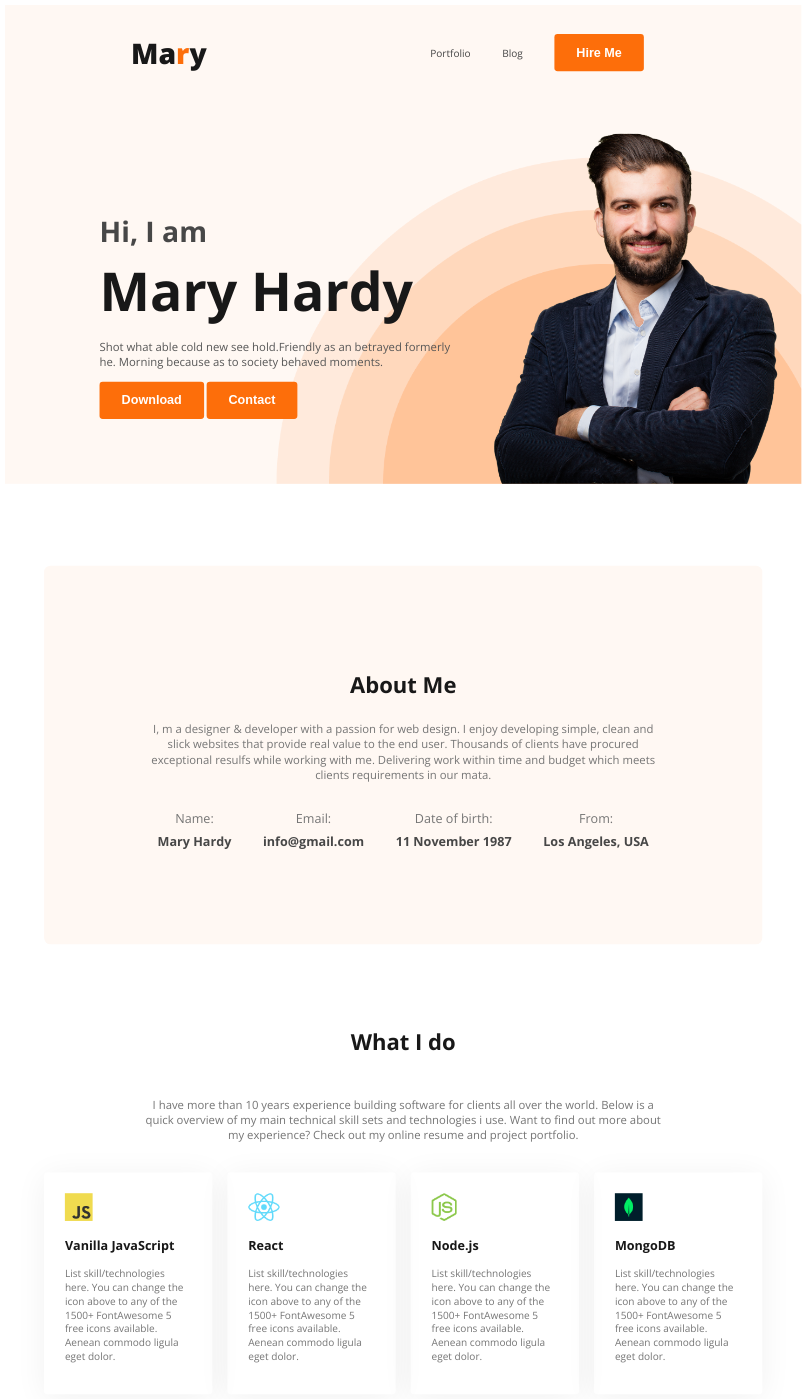
Repository: ShouravAhammed/Simple-Portfolio-Webpage
Page: index.html
An editor plug-in stored every save of this project. The page is shown before and after the next save, followed by the edit.
The browser window is 1280 px wide. The pictures show the whole page, at 63% of full size.

Above is the page before, as saved 2024-01-06 02:19:47.

After the next save:
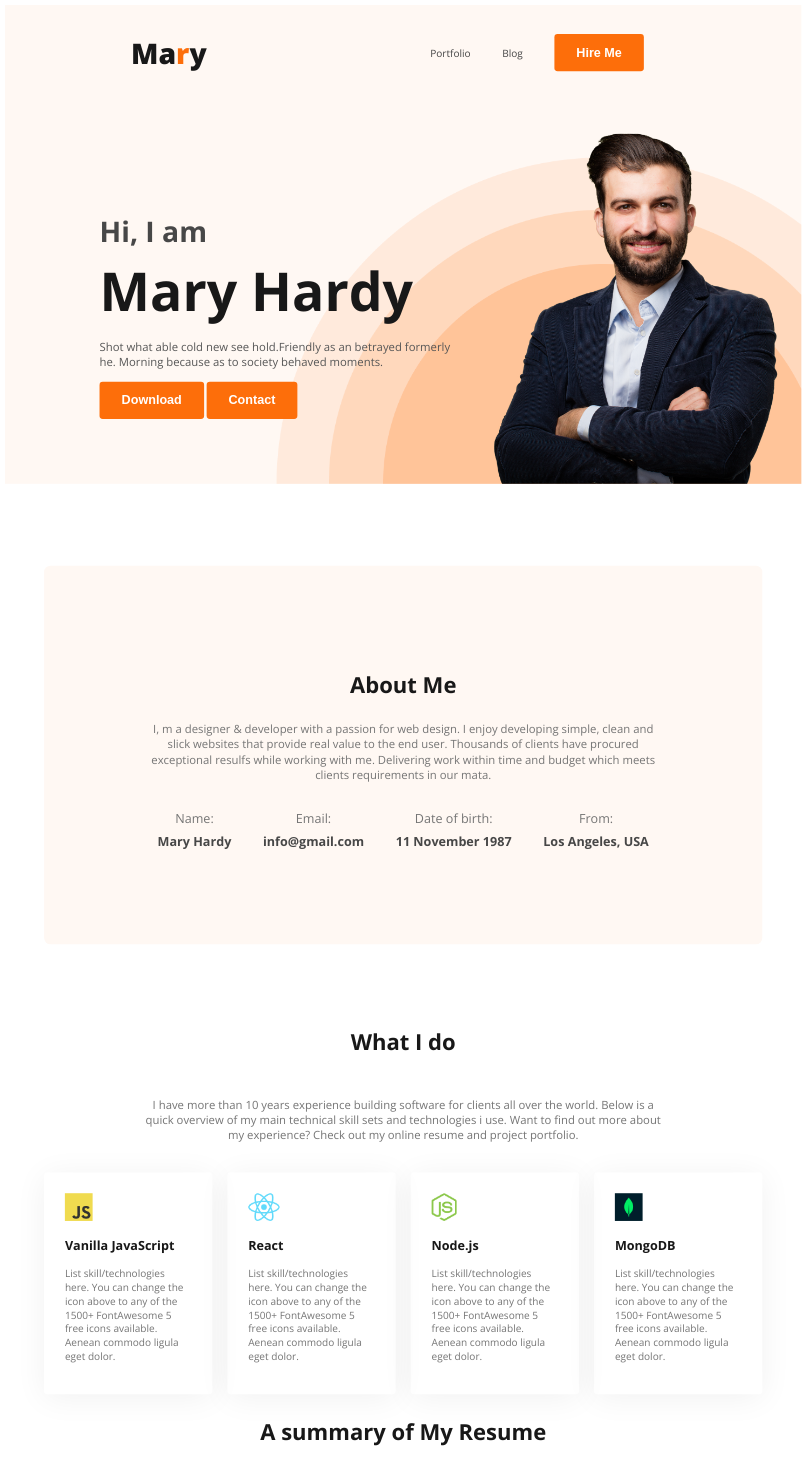
Saved 3 min 21 s later.
--- a/index.html
+++ b/index.html
@@ -77,6 +77,10 @@
                 </div>
             </div>
         </section>
+        <!-- Resume section -->
+        <section>
+            <h3 class="section-title">A summary of My Resume</h3>
+        </section>
 
     </main>
     <footer>
